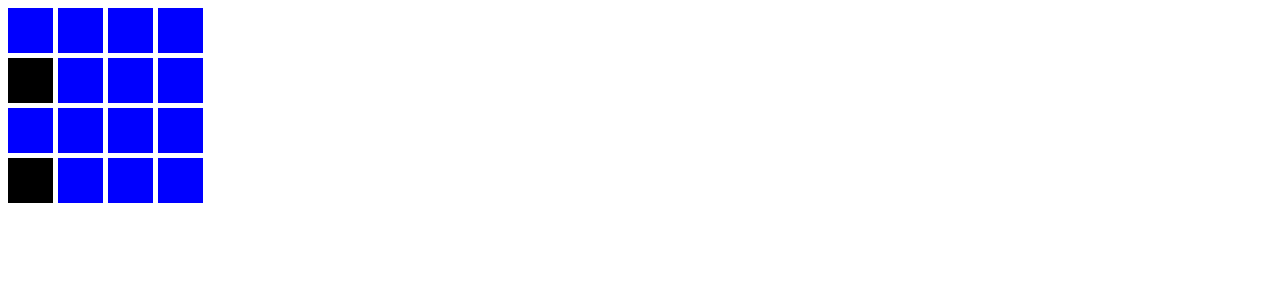
Repository: JAEGyEOng69/Python
Page: workspace_python/FAST_SOCKET/static/canvas4.html
These files come from the project's save history. The page is drawn as it stood at one moment and after the next save; the edit follows.
The browser window is 1280 px wide. The pictures show the whole page.

Above is the page before, as saved 2022-10-18 01:45:15.

After the next save:
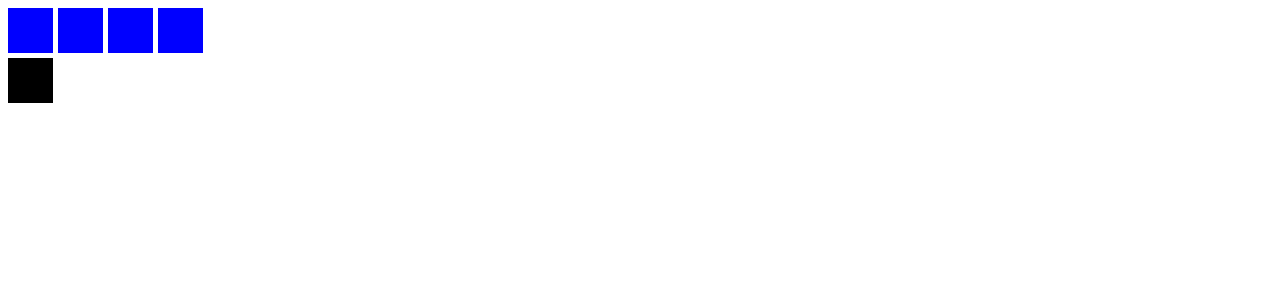
Console error: ReferenceError: cosole is not defined
Saved 28 s later.
--- a/workspace_python/FAST_SOCKET/static/canvas4.html
+++ b/workspace_python/FAST_SOCKET/static/canvas4.html
@@ -15,6 +15,7 @@
 				if(arr[i][j]==0){
 					ctx.fillStyle = 'black';
 					ctx.fillRect(j*50, i*50, 45, 45);
+					cosole.log(arr);
 				}else{
 					ctx.fillStyle = 'blue';
 					ctx.fillRect(j*50, i*50, 45, 45);

After the 3 saves that followed:
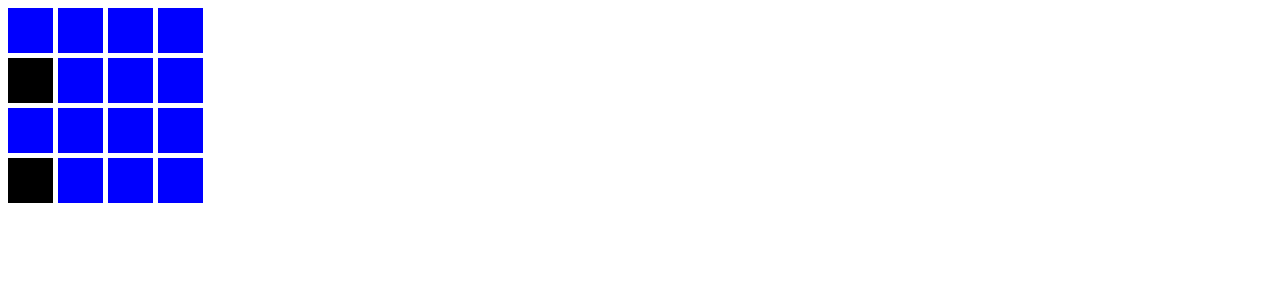
The error is gone.
The 3 saves are shown as one change because 1 left the picture as it was and some came seconds apart.
The last was saved 21 s later.
--- a/workspace_python/FAST_SOCKET/static/canvas4.html
+++ b/workspace_python/FAST_SOCKET/static/canvas4.html
@@ -15,7 +15,6 @@
 				if(arr[i][j]==0){
 					ctx.fillStyle = 'black';
 					ctx.fillRect(j*50, i*50, 45, 45);
-					cosole.log(arr);
 				}else{
 					ctx.fillStyle = 'blue';
 					ctx.fillRect(j*50, i*50, 45, 45);
